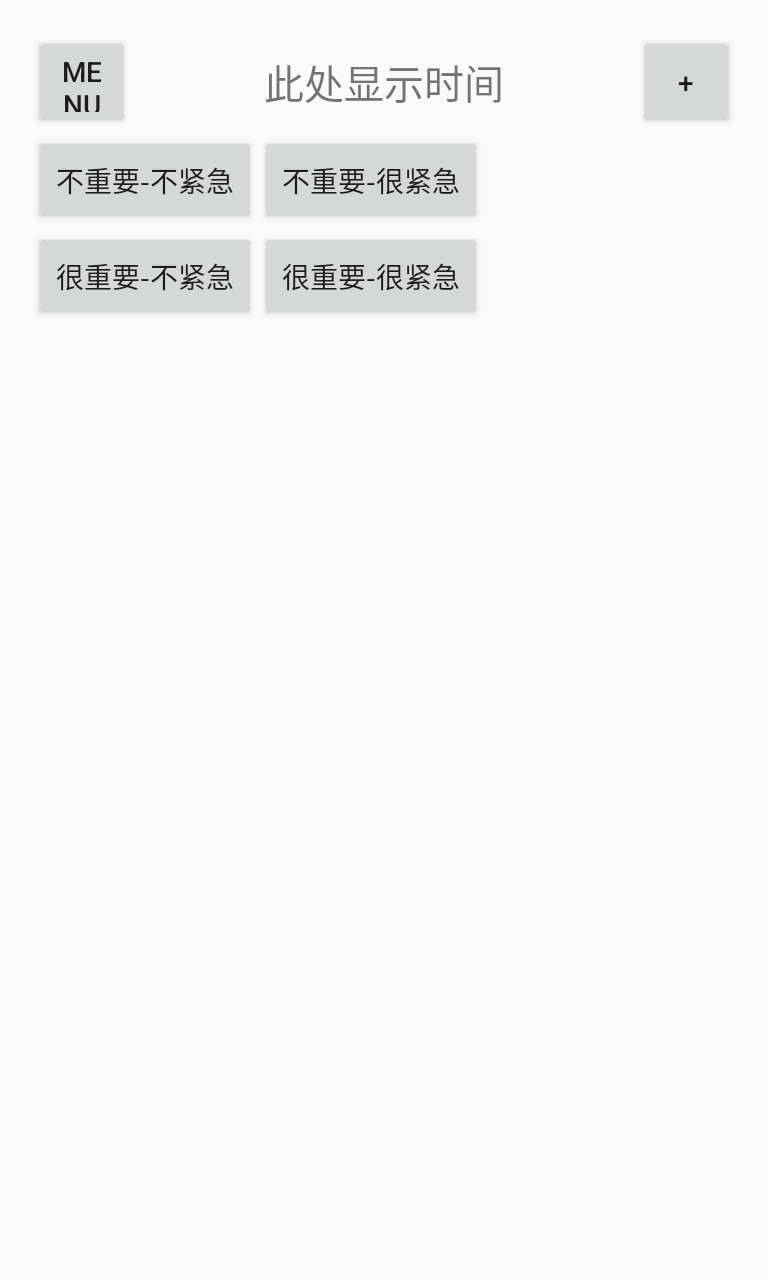
Repository: sh-zh-en/NBTodo
Layout: nbtodo/NBTodo/res/layout/activity_nbtodo_main.xml
These files come from the project's save history. The layout is drawn as it stood at one moment and after the next save; the edit follows.
It is drawn on a 768 x 1280 px phone screen (xhdpi) without system bars, with theme AppTheme; the app's code is not run.

Above is the layout before, as saved 2015-03-11 03:30:48.

### nbtodo/NBTodo/res/layout/activity_nbtodo_main.xml
<RelativeLayout xmlns:android="http://schemas.android.com/apk/res/android"
    xmlns:tools="http://schemas.android.com/tools"
    android:layout_width="match_parent"
    android:layout_height="match_parent"
    android:paddingBottom="@dimen/activity_vertical_margin"
    android:paddingLeft="@dimen/activity_horizontal_margin"
    android:paddingRight="@dimen/activity_horizontal_margin"
    android:paddingTop="@dimen/activity_vertical_margin"
    tools:context="com.nba.nbtodo.NBTodoMainActivity" >
    <FrameLayout
        android:id="@+id/FrameLayout_activity_main_first"
        android:layout_width="match_parent"
        android:layout_height="50dp"
        android:layout_gravity="bottom"
		android:weightSum="2"
        android:orientation="vertical" >
		<TextView
	        android:id="@+id/textview"
	        android:layout_width="match_parent"
	        android:layout_height="match_parent"
	        android:text="@string/show_time"
	        android:gravity="center"
		    android:textSize="20sp"
			/>
		<Button
	        android:id="@+id/button_task_menu"
	        android:layout_width="50dp"
	        android:layout_height="match_parent"
	        android:text="@string/task_menu"
	        />
		<Button
	        android:id="@+id/button_addition_task"
	        android:layout_width="50dp"
	        android:layout_height="match_parent"
		    android:layout_gravity="end"
	        android:text="@string/addition_task_button"
	        />
	</FrameLayout>
	<LinearLayout
	    android:id="@+id/LinearLayout_activity_main_first"
		android:layout_width="match_parent"
		android:layout_height="wrap_content"
		android:layout_below="@id/FrameLayout_activity_main_first"
		android:orientation="horizontal" >

		<Button
		    android:id="@+id/button1"
		    android:layout_width="wrap_content"
		    android:layout_height="wrap_content"
		    android:text="@string/addition_task_layout_radiobutton04" />

		<Button
		    android:id="@+id/button2"
		    android:layout_width="wrap_content"
		    android:layout_height="wrap_content"
		    android:text="@string/addition_task_layout_radiobutton03" />

	</LinearLayout>
	<LinearLayout
	    android:id="@+id/LinearLayout_activity_main_second"
		android:layout_width="match_parent"
		android:layout_height="match_parent"
		android:layout_below="@id/LinearLayout_activity_main_first"
		android:orientation="horizontal" >

		<Button
		    android:id="@+id/button3"
		    android:layout_width="wrap_content"
		    android:layout_height="wrap_content"
		    android:text="@string/addition_task_layout_radiobutton02" />

		<Button
		    android:id="@+id/button4"
		    android:layout_width="wrap_content"
		    android:layout_height="wrap_content"
		    android:text="@string/addition_task_layout_radiobutton01" />

	</LinearLayout>


</RelativeLayout>

### nbtodo/NBTodo/res/values/strings.xml
<?xml version="1.0" encoding="utf-8"?>
<resources>

    <string name="app_name">NBTodo</string>
    <string name="hello_world">Hello world!</string>
    <string name="action_settings">Settings</string>


    <string name="activity_nbtodo_main_button01">添加任务</string>


    <string name="addition_task_layout_edittext01">请输入待办事项</string>
    <string name="addition_task_layout_radiobutton01">很重要-很紧急</string>
    <string name="addition_task_layout_radiobutton02">很重要-不紧急</string>
    <string name="addition_task_layout_radiobutton03">不重要-很紧急</string>
    <string name="addition_task_layout_radiobutton04">不重要-不紧急</string>
    <string name="addition_task_button">+</string>
    <string name="edit">></string>
    <string name="task_menu">menu</string>
    <string name="show_time">此处显示时间</string>





</resources>

Loaded but not shown: nbtodo/NBTodo/res/values/styles.xml (common file); nbtodo/NBTodo/res/values-v11/styles.xml (common file); nbtodo/NBTodo/res/values-v14/styles.xml (common file); nbtodo/NBTodo/res/values/dimens.xml (common file); nbtodo/NBTodo/res/values-w820dp/dimens.xml (common file)

After the next save:
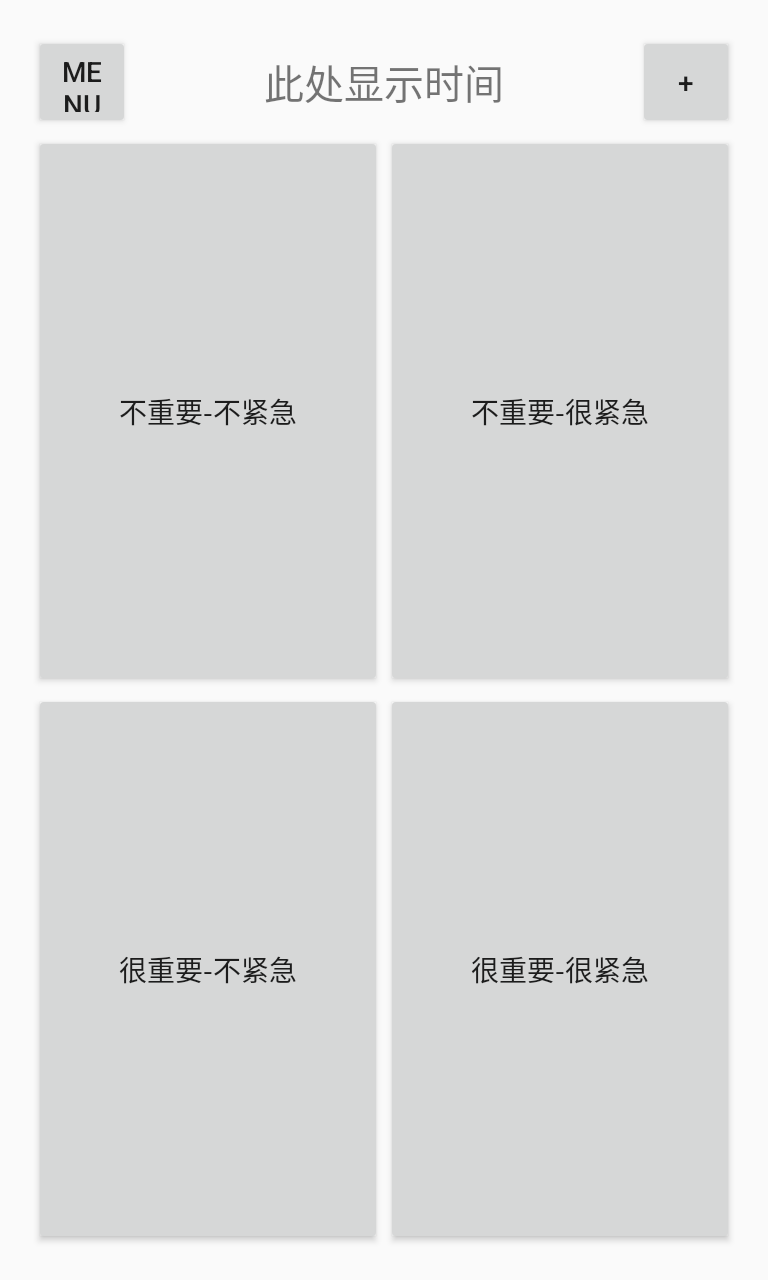
Saved 22 h 4 min later.
--- a/nbtodo/NBTodo/res/layout/activity_nbtodo_main.xml
+++ b/nbtodo/NBTodo/res/layout/activity_nbtodo_main.xml
@@ -2,6 +2,7 @@
     xmlns:tools="http://schemas.android.com/tools"
     android:layout_width="match_parent"
     android:layout_height="match_parent"
+    android:weightsum="2"
     android:paddingBottom="@dimen/activity_vertical_margin"
     android:paddingLeft="@dimen/activity_horizontal_margin"
     android:paddingRight="@dimen/activity_horizontal_margin"
@@ -39,43 +40,59 @@
 	<LinearLayout
 	    android:id="@+id/LinearLayout_activity_main_first"
 		android:layout_width="match_parent"
-		android:layout_height="wrap_content"
+		android:layout_height="match_parent"
 		android:layout_below="@id/FrameLayout_activity_main_first"
-		android:orientation="horizontal" >
+		android:weightsum="2"
+		android:orientation="vertical" >
 
-		<Button
-		    android:id="@+id/button1"
-		    android:layout_width="wrap_content"
-		    android:layout_height="wrap_content"
-		    android:text="@string/addition_task_layout_radiobutton04" />
+		<LinearLayout
+		    android:id="@+id/LinearLayout_activity_main_first"
+			android:layout_width="match_parent"
+			android:layout_height="match_parent"
+			android:layout_weight="1"
+			android:weightsum="2"
+			android:orientation="horizontal" >
 
-		<Button
-		    android:id="@+id/button2"
-		    android:layout_width="wrap_content"
-		    android:layout_height="wrap_content"
-		    android:text="@string/addition_task_layout_radiobutton03" />
+			<Button
+			    android:id="@+id/button1"
+			    android:layout_width="wrap_content"
+			    android:layout_height="match_parent"
+			    android:layout_weight="1"
+			    android:text="@string/addition_task_layout_radiobutton04" />
 
-	</LinearLayout>
-	<LinearLayout
-	    android:id="@+id/LinearLayout_activity_main_second"
-		android:layout_width="match_parent"
-		android:layout_height="match_parent"
-		android:layout_below="@id/LinearLayout_activity_main_first"
-		android:orientation="horizontal" >
+			<Button
+			    android:id="@+id/button2"
+			    android:layout_width="wrap_content"
+			    android:layout_height="match_parent"
+			    android:layout_weight="1"
+			    android:text="@string/addition_task_layout_radiobutton03" />
 
-		<Button
-		    android:id="@+id/button3"
-		    android:layout_width="wrap_content"
-		    android:layout_height="wrap_content"
-		    android:text="@string/addition_task_layout_radiobutton02" />
+		</LinearLayout>
+		<LinearLayout
+		    android:id="@+id/LinearLayout_activity_main_second"
+			android:layout_width="match_parent"
+			android:layout_height="match_parent"
+			android:layout_below="@id/LinearLayout_activity_main_first"
+			android:layout_weight="1"
+			android:weightsum="2"
+			android:orientation="horizontal" >
 
-		<Button
-		    android:id="@+id/button4"
-		    android:layout_width="wrap_content"
-		    android:layout_height="wrap_content"
-		    android:text="@string/addition_task_layout_radiobutton01" />
+			<Button
+			    android:id="@+id/button3"
+			    android:layout_width="wrap_content"
+			    android:layout_height="match_parent"
+			    android:layout_weight="1"
+			    android:text="@string/addition_task_layout_radiobutton02" />
+
+			<Button
+			    android:id="@+id/button4"
+			    android:layout_width="wrap_content"
+			    android:layout_height="match_parent"
+			    android:layout_weight="1"
+			    android:text="@string/addition_task_layout_radiobutton01" />
+
+		</LinearLayout>
 
 	</LinearLayout>
 
-
 </RelativeLayout>
